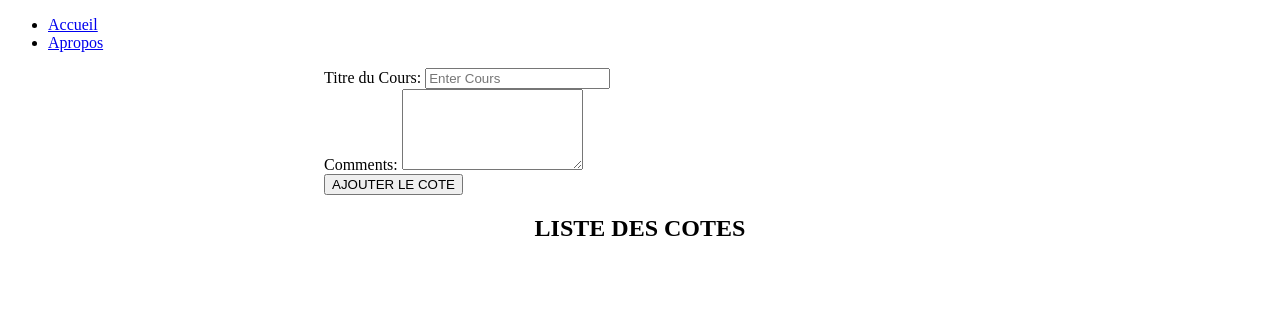
Repository: SKB-TECH/MinProject
Page: http://localhost/
These files come from the project's save history. The page is drawn as it stood at one moment and after the next save; the edit follows.
The browser window is 1280 px wide. The pictures show the whole page.
The page is served by the project's Node server (app.js).

Above is the page before, as saved 2022-09-30 13:56:31.

### IHM/index.ejs
<!DOCTYPE html>
<html lang="en">
  <head>
    <meta charset="UTF-8" />
    <meta http-equiv="X-UA-Compatible" content="IE=edge" />
    <meta name="viewport" content="width=device-width, initial-scale=1.0" />
    <link
      rel="stylesheet"
      href="../node_modules/bootstrap/dist/css/bootstrap.min.css"
    />
    <title>NoteApp</title>
  </head>
  <body>
    <header>
      <nav class="navbar navbar-expand-sm bg-primary navbar-success">
        <div class="container-fluid">
          <ul class="navbar-nav">
            <li class="nav-item">
                <a class="nav-link active" href="/">Accueil</a>
              </li>
              <li class="nav-item">
                <a class="nav-link" href="/apropos">Apropos</a>
              </li>
          </ul>
        </div>
      </nav>
    </header>
    <section>
      <div style="width: 50%; margin: auto;">
        <p></p>
        <form action="/action_page.php">
          <div class="mb-3 mt-3">
            <label for="email" class="form-label">Titre du Cours:</label>
            <input
              type="email"
              class="form-control"
              id="email"
              placeholder="Enter Cours"
              name="email"
            />
          </div>
          <div class="mb-3">
            <label for="comment">Comments:</label>
            <textarea
              class="form-control"
              rows="5"
              id="comment"
              name="text"
            ></textarea>
          </div>
          <button type="submit" class="btn btn-primary width:100%">
            AJOUTER LE COTE
          </button>
        </form>
      </div>
    </section>
    <section>
        <h1 style="text-align:center;">LISTE DES COTES</h1>
    </section>
  </body>
</html>

### app.js
const express = require('express')
const { statut } = require('express/lib/response')
const app = express()

app.use(express.static('./node_modules/bootstrap/dist/css/bootstrap.min.css'))

//Definition du moteur de visualisation (vieuw engine)
app.set('view engine', 'ejs')
app.set('views', 'IHM')

//Defintion des routes
app.get('/', (requete, reponse) => {
    const dates = Date().toString()
    reponse.status(200).render('index', { dates })
})

app.get('/apropos', (requete, reponse) => {
    reponse.status(200).render('apropos')
})

app.use((requete, reponse) => {
    reponse.status(200).render('pageIntrouvable')
})

app.listen(3002, () => {
    console.log('Server lance au port 3002')
})

### IHM/pageIntrouvable.ejs
<!DOCTYPE html>
<html lang="en">
<head>
    <meta charset="UTF-8">
    <meta http-equiv="X-UA-Compatible" content="IE=edge">
    <meta name="viewport" content="width=device-width, initial-scale=1.0">
    <link
    rel="stylesheet"
    href="../node_modules/bootstrap/dist/css/bootstrap.min.css"
  />
    <title>PageNotFound</title>
</head>
<body>

    <header>
        <nav class="navbar navbar-expand-sm bg-primary navbar-success">
          <div class="container-fluid">
            <ul class="navbar-nav">
                <li class="nav-item">
                    <a class="nav-link active" href="/">Accueil</a>
                  </li>
                  <li class="nav-item">
                    <a class="nav-link" href="/apropos">Apropos</a>
                  </li>
            </ul>
          </div>
        </nav>
      </header>
   <section>
        <div style="width: 50%; margin:auto; margin-top:20px;">
            <h1>Error 404: Page Not Found</h1>
        <p>
            Vous aviez saisi un mauvais URL
        </p>
        </div>
   </section>
</body>
</html>

After the next save:
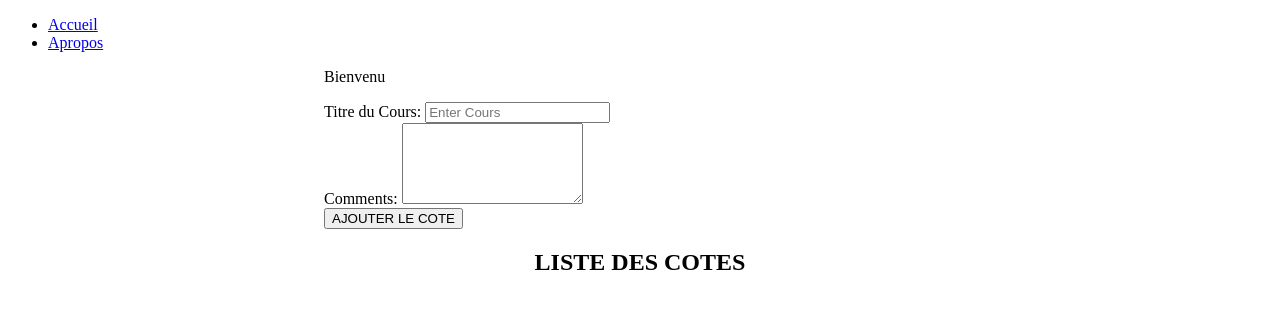
Saved 4 s later.
--- a/IHM/index.ejs
+++ b/IHM/index.ejs
@@ -27,7 +27,7 @@
     </header>
     <section>
       <div style="width: 50%; margin: auto;">
-        <p></p>
+        <p>Bienvenu </p>
         <form action="/action_page.php">
           <div class="mb-3 mt-3">
             <label for="email" class="form-label">Titre du Cours:</label>
